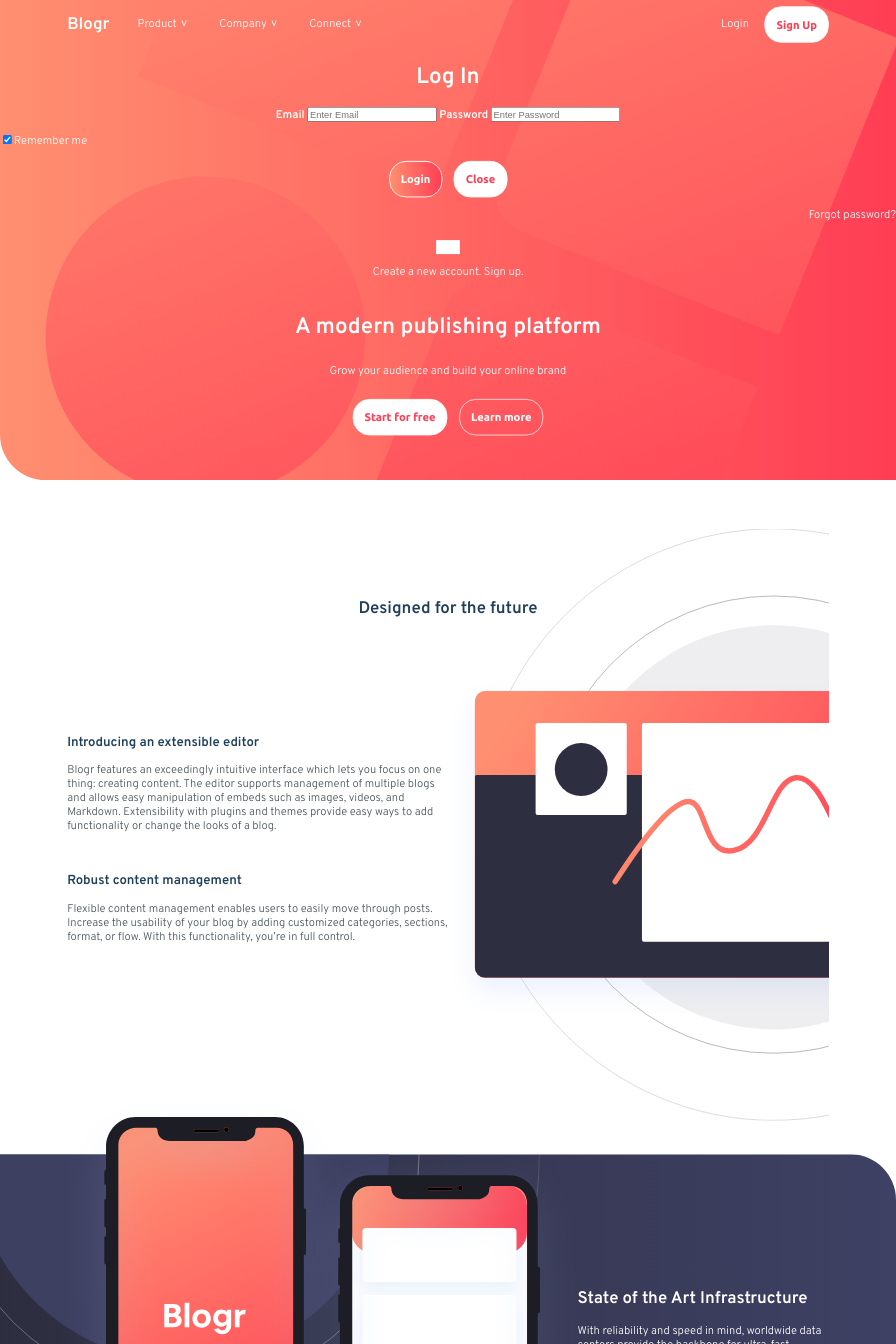
Repository: Ejiro-Oke/Blogr
Page: blogr.html
An editor plug-in stored every save of this project. The page is shown before and after a run of saves, followed by the edit.
The browser window is 1280 px wide. The pictures show the part of the page from y = 0 to 1920 px (the page is 3447 px tall before and 3102 px after), at 70% of full size.

Above is the page before, as saved 2021-04-19 13:53:38.

### blogr.html
<!DOCTYPE html>
<html lang="en">
    <head>
        <meta charset="UTF-8">
        <meta name="viewport" content="width=device-width, initial-scale=1">
        <meta name="author" content="Ejiro Oke">
        <title>Blogr</title>
        <link rel="stylesheet" href="blogr.css">
        <link rel="preconnect" href="https://fonts.gstatic.com">
        <link href="https://fonts.googleapis.com/css2?family=Overpass:wght@300;600&display=swap" rel="stylesheet">
        <!-- <link rel="preconnect" href="https://fonts.gstatic.com"> -->
        <link href="https://fonts.googleapis.com/css2?family=Ubuntu:ital,wght@0,500;0,700;1,400&display=swap" rel="stylesheet">
    </head>

    <body>
    <header id="cropped">
        <div class="container container-flex" id="nav-bar">
            <nav>
            <div id="left-nav">
                <h2 class="site-title site-head">Blogr</h2>

            <ul class="top-navbar">
                <li  id="content-trigger"><a href="#">Product</a><p class="arrow top-arrow p-arrow"> ˅</p></li>
                <div class=" drop-top">
                    <ol class="dropdown-content ">
                    <li><a href="#">Overview</a></li>
                    <li><a href="#">Pricing</a></li>
                    <li><a href="#">Marketplace</a></li>
                    <li><a href="#">Features</a></li>
                    <li><a href="#">Integrations</a></li>
                    </ol>
                </div>
            </ul>

            <ul class="top-navbar">

                <li id="content-trigger"><a href="#">Company</a><span class="arrow top-arrow c-arrow"> ˅</span></li>
                <div class=" drop-top">
                    <ol class="dropdown-content">
                    <li><a href="#">About</a></li>
                    <li><a href="#">Team</a></li>
                    <li><a href="#">Blog</a></li>
                    <li><a href="#">Careers</a></li>
                    </ol>
                </div>
            </ul>

            <ul class="top-navbar">
                <li  id="content-trigger"><a href="#">Connect</a><span class="arrow top-arrow con-arrow"> ˅</span></li>
                <div class=" drop-top">
                    <ol class="dropdown-content ">
                    <li><a href="#">Contact</a></li>
                    <li><a href="#">Newsletter</a></li>
                    <li><a href="#">LinkedIn</a></li>
                    </ol>
                </div>
            </ul>
        </div> <!---close left-nav-->

            <div class="top-navbar" id="right-nav">
                <ul>
                <li><a href="#" class="login">Login</a></li>
                </ul>
                <button href="#" class="signup" >Sign Up</button>
            </div>


            <ol class="dropbtn">
            <li class="alt-nav" ></li>
            <li class="alt-nav"></li>
            <li class="alt-nav"></li>
            </ol>

                </div>

            </nav>

            <div class="container overlay">
                    <h2 class="site-title site-head-two">Blogr</h2>

        <div class= "container drop-down-menu">
            <ol>
            <li class="product-drop" id="dropdown-trigger">Product<span class="arrow p-arrow"> ˅</span> </li>
            <div class="product-content kon">
                <ol class="dropdown-content">
                <li><a href="#">Overview</a></li>
                <li><a href="#">Pricing</a></li>
                <li><a href="#">Marketplace</a></li>
                <li><a href="#">Features</a></li>
                <li><a href="#">Integrations</a></li>
                </ol>
            </div>
            </ol>
            <ol>
            <li class="company-drop" id="dropdown-trigger">Company<span class="arrow c-arrow"> ˅</span></li>
            <div class="company-content kon">
                <ol class="dropdown-content">
                <li><a href="#">About</a></li>
                <li><a href="#">Team</a></li>
                <li><a href="#">Blog</a></li>
                <li><a href="#">Careers</a></li>
                </ol>
            </div>
            </ol>

            <ol>
            <li class="connect-drop" id="dropdown-trigger"   >Connect<span class="arrow con-arrow"> ˅</span></li>
            <div class="connect-content kon">
                <ol class="dropdown-content">
                <li><a href="#">Contact</a></li>
                <li><a href="#">Newsletter</a></li>
                <li><a href="#">LinkedIn</a></li>
                </ol>
            </div>
            </ol>

            <div class="dropdown-btns">
                <ol>
            <li><a href="#" class="login">Log In</a> </li>
            <li><button class="red-btn signup">Sign Up</button></li>
                </ol>
                </div>
        </div> <!---close dropdown-menu-->
        </div>

        <div class=" container>
            <div class = 'login-form'>
            <form action="/action_page.php" class="form-container">
              <h1>Log In</h1>

              <label for="email"><b>Email</b></label>
              <input type="text" placeholder="Enter Email" name="email" required>

              <label for="psw"><b>Password</b></label>
              <input type="password" placeholder="Enter Password" name="psw" required>

              <label>
             <p><span class="remember"><input type="checkbox" checked="checked" name="remember">Remember me</span></p>
              </label>
            </br>
        </br>
              <div class="clearfix">
                <button type="submit" class="red-btn">Login</button>
                <button class="closebtn">Close</button>
                <p><span class="forgot">Forgot <a href="#" >password?</a></span></p>
              </div>
            </br>
        </br>
        <div class="or"><span>Or</span></div>
        <p>Create a new account. <a href="#" class="signup">Sign up.</a></span></p>

            </form>
          </div> <!---close login-form-->

          <div class="container signup-form">

          <form action="action_page.php"  class= "form-container">
              <h1>Sign Up</h1>
              <p>Please fill in this form to create an account.</p>


              <label for="email"><b>Email</b></label>
              <input type="text" placeholder="Enter Email" name="email" required>

              <label for="psw"><b>Password</b></label>
              <input type="password" placeholder="Enter Password" name="psw" required>

              <label for="psw-repeat"><b>Repeat Password</b></label>
              <input type="password" placeholder="Repeat Password" name="psw-repeat" required>

              <label>
             <p><span class="remember"><input type="checkbox" checked="checked" class="checkbox">Remember me</span></p>
              </label>

            </br><p>By creating an account you agree to our <a href="#">Terms & Privacy</a>.</p>

              <div class="clearfix">
                <button type="submit" class="red-btn">Sign Up</button>
                <button class="closebtn">Cancel</button>
              </div>

              <p>Already on <strong>Blogr</strong>? <a href="#" class="login">Sign in.</a></span></p>


          </form>


     </div> <!---close overlay-->


    </div> <!---close container flex/ nav-bar-->

        <div class="container hero">
            <h1>A modern publishing platform</h1>
            <p>Grow your audience and build your online brand</p>
            <button>Start for free</button> <button class="clear-btn">Learn more</button>
        </div>

    </header>

<div class="container container-flex">
    <main role="main">
<h2 class="hero2">Designed for the future</h2>
<div class="columns left">
    <div class="col col-left content">
        <h3>Introducing an extensible editor</h3>
        <p>Blogr features an exceedingly intuitive interface which lets you focus on one thing: creating content. The editor
        supports management of multiple blogs and allows easy manipulation of embeds such as images, videos, and Markdown.
        Extensibility with plugins and themes provide easy ways to add functionality or change the looks of a blog.</p>

        <h3>Robust content management</h3>
        <p>Flexible content management enables users to easily move through posts.
            Increase the usability of your blog by adding customized categories, sections, format, or flow. With this functionality,
            you’re in full control.</p>
    </div><!---close col-left-->

        <img src="images/illustration-editor-desktop.svg" class="col col-right" id="col-image">
</div><!---close columns-->
</div> <!----close container-flex-->


    <div id="col-banner" id="cropped">
    <div class="container container-flex" id="cropped" >
    <div class="columns">
            <img src="images/illustration-phones.svg" class="col col-left">
        <div class="col col-right content" id="col-blue">
    <h2>State of the Art Infrastructure</h2>
    <p>With reliability and speed in mind, worldwide data centers provide the backbone for ultra-fast connectivity.
        This ensures your site will load instantly, no matter where your readers are, keeping your site competitive. </p>
        </div>
</div> <!---close columns-->
</div><!---close container-flex-->
    </div>


<div class="container container-flex">
<div class="columns">
        <img src="images/illustration-laptop-desktop.svg" class="col col-left" id="col-image">

<div class=" col col-right content">
    <h3> Free, open, simple</h3>
    <p>Blogr is a free and open source application backed by a large community of helpful developers.
        It supports features such as code syntax highlighting, RSS feeds, social media integration, third-party commenting tools, and works seamlessly with Google Analytics.
        The architecture is clean and is relatively easy to learn. Powerful tooling Batteries included.
        We built a simple and straightforward CLI tool that makes customization and deployment a breeze, but capable of producing even the most complicated sites</p>
        <h3>Powerful tooling</h3>
        <p> We built a simple and straightforward CLI tool that makes customization and deployment a breeze,
            but capable of producing even the most complicated sites. </p>
</div> <!---col-right-->
</div><!---close columns-->


</main>
</div>

    <footer>
        <div class="container container-flex" id="nav-bar">
            <nav class="bottom-nav">
            <div class="footer">
                <h1 class="logo">Blogr</h1>
                <p class="signoff">Challenge by <a href="https://www.frontendmentor.io/solutions" class="ext">Frontend Mentor</a>. Coded by <a href="https://github.com/Ejiro-Oke" class="ext">Ejiro Oke</a>.</p>
        </div> <!---close left-nav-->

            <div id="footer-nav">
                <ul>
                    <li><h3>Product</h3></li>
                    <li><a href="#">Overview</a></li>
                    <li><a href="#">Pricing</a></li>
                    <li><a href="#">Marketplace</a></li>
                    <li><a href="#">Features</a></li>
                    <li><a href="#">Integrations</a></li>
                </ul>


                <ul>
                    <li><h3>Company</h3></li>
                    <li><a href="#">About</a></li>
                    <li><a href="#">Team</a></li>
                    <li><a href="#">Blog</a></li>
                    <li><a href="#">Careers</a></li>
                </ul>

                <ul>
                    <li><h3>Connect</h3></li>
                    <li><a href="#">Contact</a></li>
                    <li><a href="#">Newsletter</a></li>
                    <li><a href="#">LinkedIn</a></li>
                </ul>
            </div>
            </nav>

        </div> <!---close container flex/ nav-bar-->

    </footer>
    </body>
    <script src="blogr.js"></script>

</html>

### blogr.css
body, html {
    margin: 0 auto;
    padding: 0;
    font-size: 16px;
    font-family: 'Overpass', sans-serif;
    color: hsl(207, 13%, 34%);
}

img {
    max-width: 100%;
    display: block;

}

h1, h2, h3, button, .drop-down-menu{
    font-weight: 600;
}
    .hero2, .col>h3{
    color: hsl(208, 49%, 24%);
}

h2.hero2{
    text-align: center;
    position: relative;
    top: 150px;
}

.col>h3{
    padding-top: 2em;

}

.container {
    width: 85%;
    max-width: 1440px;
    margin:0 auto;
}

ul {
    list-style: none;
    display: flex;
    flex-direction: row;
}
.top-navbar {
    display: flex;
    justify-content: space-between;
}
.top-navbar li{
    margin: auto auto;
}
#bottom-nav li{
margin: .6em 1em;
}
#right-nav a{
    margin-right: 1em;
}
.arrow{
    display: inline-block;
    color: hsl(353, 100%, 62%);
    font-size: 15px;
    padding: .2em .2em;
    margin: .2em .2em;
    transition: all 0.4s ease;
    cursor: pointer;

}

a, .top-arrow {
    text-decoration: none;
    color: hsl(0, 0%, 100%);
}

button{
margin: auto .4em;
font-family: 'Ubuntu', sans-serif;
background-color:  hsl(0, 0%, 100%);
color: hsl(353, 100%, 62%);
border-radius:24px;
border:1px solid hsl(0, 0%, 100%);
padding: 1em 1em;
font-size: 16px;
font-weight: 700;
cursor: pointer;
}
#right-nav button{
    margin-right: 0;
}

.site-title:hover,
.site-title:focus{
    cursor: pointer;
}

button:hover,
button:focus{
transform: scale(1.1);
margin: 0 .6em;
cursor: pointer;
}

#inline:hover,
#inline:focus{
  padding: .7em .9em;
  cursor: pointer;
}

a:hover,
a:focus{
    font-weight: 600;
    cursor: pointer;
}

ol:hover,
ol:focus{
    cursor: pointer;
}

.clear-btn{
background-color:transparent;
border:1px solid hsl(0, 0%, 100%) ;
color: hsl(0, 0%, 100%);
}

.red-btn{
    background-image:linear-gradient(to right, hsl(13, 100%, 72%), hsl(353, 100%, 62%));
    color: hsl(0, 0%, 100%);

}
nav{
    align-items: center;
    display: flex;
    justify-content: space-between;

}
#left-nav{
    display: flex;
    justify-content: flex-start;
    width: 50%;
}


#right-nav {

    display: flex;
    justify-content: flex-end;
    width: 50%;
}
.alt-nav{
  width: 25px;
  height: 2px;
  background-color: hsl(0, 0%, 100%);
  display: none;
}
.dropbbtn{
    display: none;
}
.overlay{
    display: none;
    position: absolute;
    z-index: 1;
    padding-top: 48px;
    left: 0;
    top: 0;
    max-width: 1440px;
    width: 100%;

    height: 100%;
    overflow: auto;
    background-color: rgba(0, 0, 0, 0);
    background-color: rgba(0, 0, 0, 0);
}

.site-head-two{
    font-size: 35px;
    display: flex;
    justify-content: flex-start;
    width: 50%;
    margin-left: 1.5em;
    margin-top: .5em;
}
.drop-down-menu, .login-form, .signup-form{
    padding: 10px 10px;
    max-width: 310px;
    width: 80%;
    position:absolute;
    left: 0;
    right: 0;
    margin-top:2em;
    z-index: 1;
    background-color: hsl(0, 0%, 100%);
    list-style: none;
    color: hsl(207, 13%, 34%);
    box-shadow: 0px 8px 16px 0px hsl(0, 1%, 29%);
    border-radius: 4px 4px;
}
.form-container input[type=text], .form-container input[type=password], .form-container .red-btn {
    width: 88%;
    padding: 15px;
    margin: 5px 0 22px 0;
    border: none;
    border-radius:5px;
  }
  .form-container input[type=text], .form-container input[type=password]{
    background: #f1f1f1;

  }

  .form-container input[type=checkbox]:checked + label{
    margin-bottom:15px;
    border-radius: 2px;
      background-color: hsl(353, 100%, 62%)!important;
  }
  .form-container a{
    color: hsl(353, 100%, 62%);
}

  .remember{
    float: left;
  }
  .forgot{
    float: right;
  }
  .or {
    position: relative;
    text-align: center;
    margin: 5px auto;
  }
  .or:after {
    content: "";
    border-bottom: 1px solid #ccc;
    position: absolute;
    top: 50%;
    left: 0;
    right: 0;
    width: 100%;
    z-index: -1;
  }
  .or span {
    padding: 0 8px;
    background-color: white;
    position: relative;
  }
.dropdown-content{
    margin: 0 .8em;
    padding: .5em 0;
    list-style: none;
    background-color: hsl(0, 10%, 92%);
    border-radius: 4px 4px;
}

.product-content, .company-content, .connect-content{
    display: none;
}

.kon
{
    display: none ;
}
.dropdown-content a,
.dropdown-btns a{
    color: hsl(207, 13%, 34%);
    padding: 1em o;
}
.dropdown-content li, .drop-down-menu li{
    padding: .5em 0;
}

ol{
    padding-left: 0;
}

#content-trigger{
    position: relative;
}

#content-trigger:hover .arrow
{transform: rotate(180deg);}
#dropdown-trigger:hover .arrow
{transform: rotate(180deg)}
.drop-top {
  display: none;
  position:absolute;
  background-color: hsl(0, 0%, 100%);
  width: 112px;
  box-shadow: 0px 8px 16px 0px rgba(0,0,0,0.2);
  z-index: 1;
  margin: 3em auto;
  border-radius: 4px 4px;
  }

  .login-form, .signup-form{
      display: none;

  }



ol> li{
    margin: .3em 1em;
    list-style: none;
}
.bottom-nav{
    justify-content: center;
}
#footer-nav{
    display: flex;
}
#footer-nav ul{
    flex-direction: column;
}

.logo{
    font-size: 80px;
    margin-bottom: 0;
}
.signoff{
    font-size: 12px;
}
.ext {
    text-decoration: underline;
    font-weight: 300;
    color: rgb(66, 66, 243);
}

.hero,
.hero p
{
    padding: 1em 0;
    text-align: center;
    line-height: 1;
}

header {
    font-family: 'Overpass', sans-serif;
    font-weight: 300;
    margin: 0 auto;
    padding-bottom: 3em;
    color:  hsl(0, 0%, 100%);
    background-image:
     url('images/bg-pattern-intro.svg'),
     linear-gradient(to right, hsl(13, 100%, 72%), hsl(353, 100%, 62%));
    background-position:
   center 51%,
    center;
    background-repeat: no-repeat;
    background-size:
    1840px,
    cover;
    border-bottom-left-radius: 65px;
    text-align: center;

}

#col-banner {
    max-height: 32em;
    font-family: 'Overpass', sans-serif;
    margin: 3em 0;
    color:  hsl(0, 0%, 100%);
    background-image:
     url('images/bg-pattern-circles.svg'),
     linear-gradient(to right, hsl(237, 17%, 21%), hsl(237, 23%, 32%));
    background-position:
    bottom left -99%,
    center;
    background-repeat: no-repeat;
    background-size:
    80%,
    cover;
    border-top-right-radius: 65px;
    padding: 0;
}


footer {
    font-family: 'Overpass', sans-serif;
    font-weight: 300;
    margin: 0 auto;
    padding: 3em 0;
    margin-top: 3em;
    color:  hsl(0, 0%, 100%);
    background-color: hsl(240, 19%, 10%);
    border-bottom-left-radius: 65px;
    text-align: center;
    color: hsl(240, 2%, 79%);
}


.columns {
    display: flex;
    justify-content: space-between;
}

.col {
    width: 50%;
}

.content{
    padding: 14.75em 0;

}

.col-left{
    order: -1;
}
.col-right{
order: 2;
}

#col-blue{
    position: relative;
    margin-top: -4em;
}
#col-image{
    max-height: 65em;
    object-fit:cover;
}

.col-right#col-image{
    object-position:left ;

}

.col-left#col-image{
    object-position: right;
}

#cropped {
    overflow-y: visible;
    height: fit-content;

}

#cropped img {
    margin-top: -80px;
    margin-left: -10;
    width: 69em;
}

@media only screen and (min-width: 320px) and (max-width: 767px) {
    header, #col-banner {
        padding-top: 2em;
        max-height: 58em ;
        overflow-y: visible;
    }
    .hero{
        padding-top: 3em;
    }
    h3{
        font-size: 24px;
    }
    h2{
        font-size: 32px;
    }
    .hero2{
        font-size: 24px;
    }
    .columns{
    flex-direction: column;
    flex: 1;
    align-items: center;
    margin: 3em 0;
}

.col {
   width: 95%;
    max-width: 760px;
    justify-content: center;
    text-align: center;
    padding: .5em 1em;
    margin: 0;
    align-items: center;
}
.content{
    padding-top: 0;
    padding-bottom: 0;
    margin-bottom: 5em;
    margin-top: 0;
}
.left{
    flex-direction: column-reverse;
}

.hero2{
    position:static !important;
    padding-top: 2em;
}
    nav{
        display: flex;
        justify-content: space-between;
    }
    #left-nav{
        margin: .6em;
     }
     .top-navbar, #right-nav{
         display: none;
     }
     .alt-nav{
         display: block;
     }
    header {
        text-align: center;
        min-height: 494px;
    }
    #cropped img {
        position: static;
        width: 95%;
        margin-top: -245px;
        padding: 0;
    }
    #col-banner {
        margin-top: 7em;
        border-bottom-left-radius: 65px;
        height: auto;
    }
    #col-blue{
        margin-top: .1em;
    }

    .columns>img{
        padding-bottom: 0;
        margin-bottom: 0;
        width: 95%;
        }

        footer{
            border-top-right-radius: 65px;

        }

        #footer-nav ul {
                padding-left: 0;
                margin: 1em auto;
        }

    #footer-nav li{
        margin: .3em .1em;
        /* border: red 2px solid; */
        margin-left: 0;

    }

    #footer-nav{
        display: block;
    }

    .bottom-nav{
        display: block;
        justify-content: center;
         /* border: red 2px solid; */
        }
    }

Loaded but not shown: blogr.js (159 lines, source omitted)

After the next 3 saves:
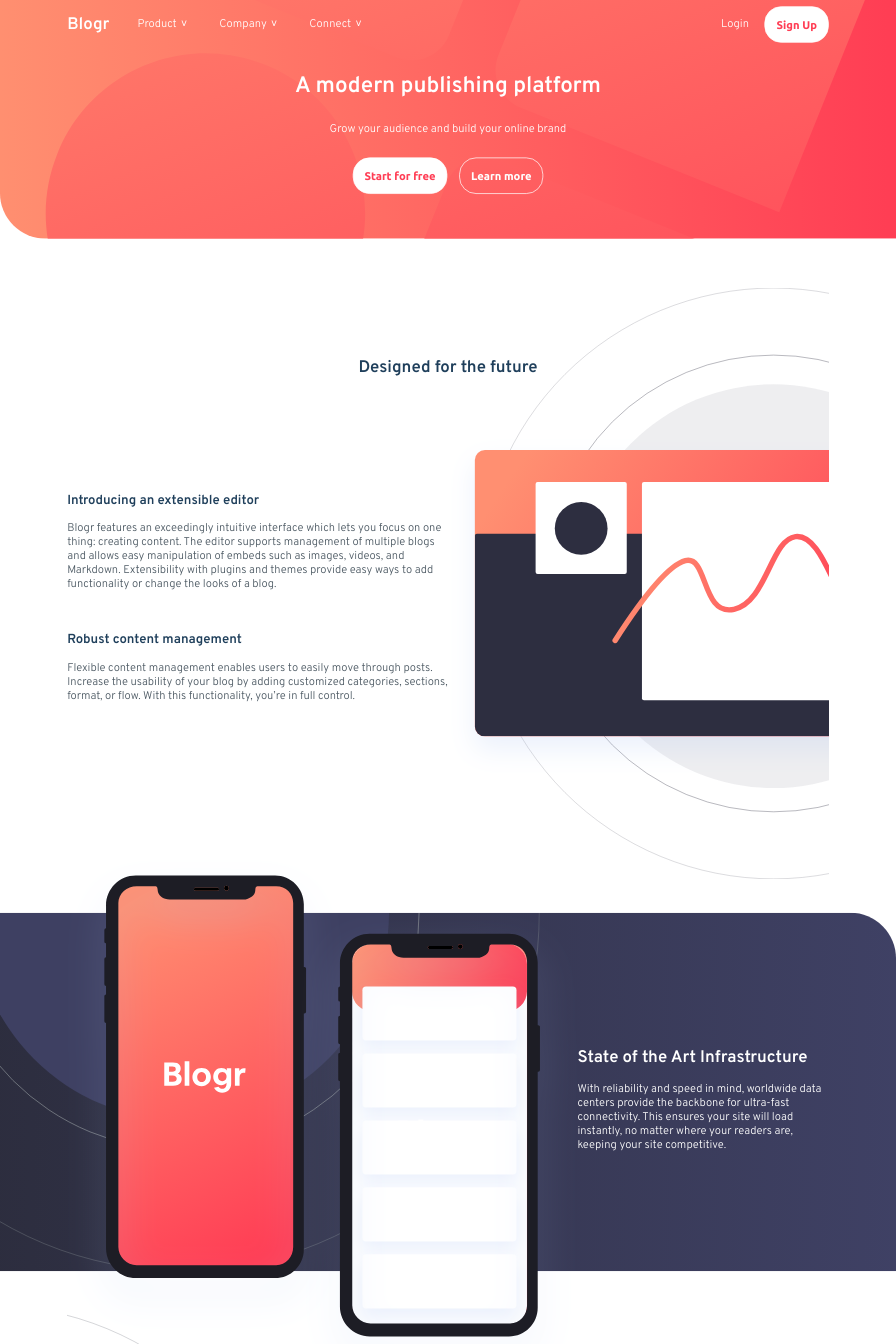
The 3 saves are shown as one change because they came seconds apart.
The last was saved 20 s later.
--- a/blogr.html
+++ b/blogr.html
@@ -123,8 +123,8 @@
         </div> <!---close dropdown-menu-->
         </div>
 
-        <div class=" container>
-            <div class = 'login-form'>
+        <div class=" container">
+            <div class =" login-form">
             <form action="/action_page.php" class="form-container">
               <h1>Log In</h1>
 
